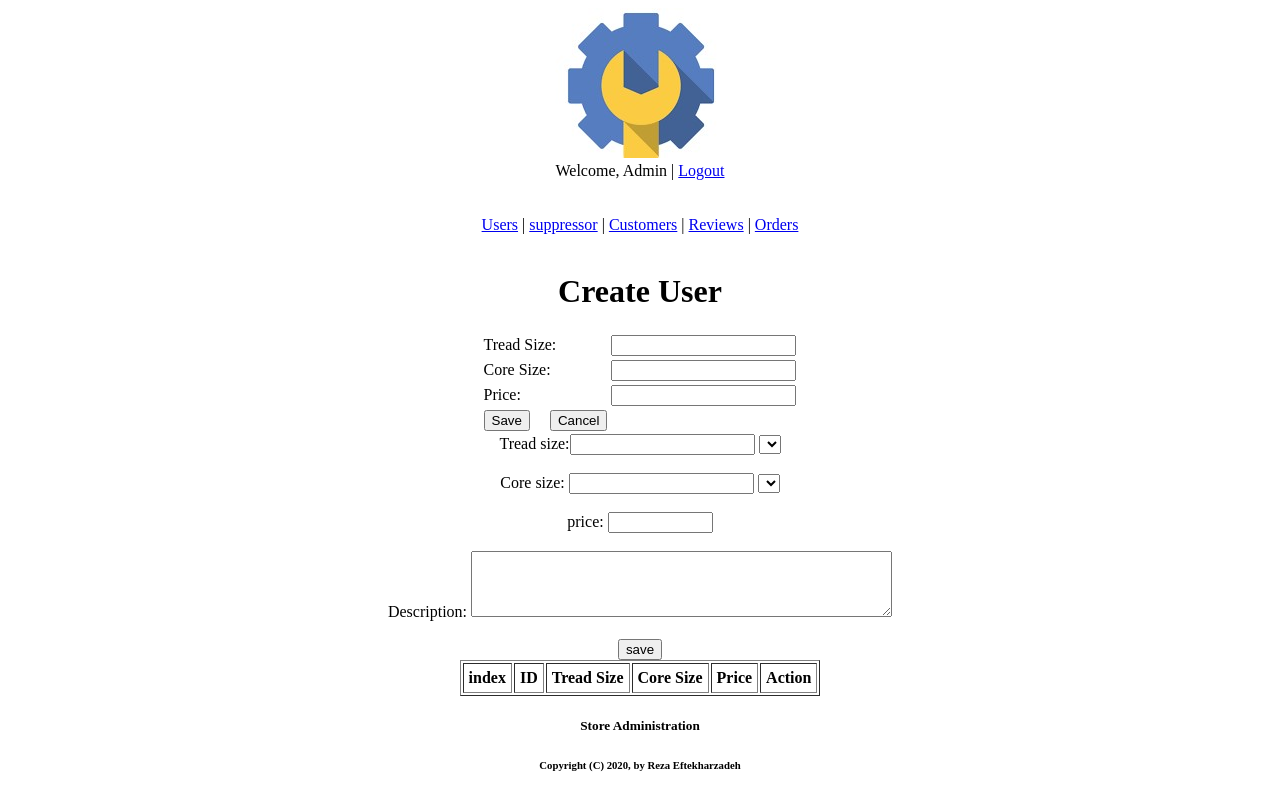
Repository: RezaEftekharzadeh/frey
Page: http://localhost/SilencerStoreProject/admin/silencer_form.jsp
An editor plug-in stored every save of this project. The page is shown before and after the next save, followed by the edit.
The browser window is 1280 px wide. The pictures show the whole page.
The page is served by Tomcat 9. Nobody is signed in. The application's start-up code is not run. The template is opened directly, without the code that normally fills it, so the values that code supplies are empty.

Above is the page before, as saved 2020-08-11 11:38:22.

After the next save:
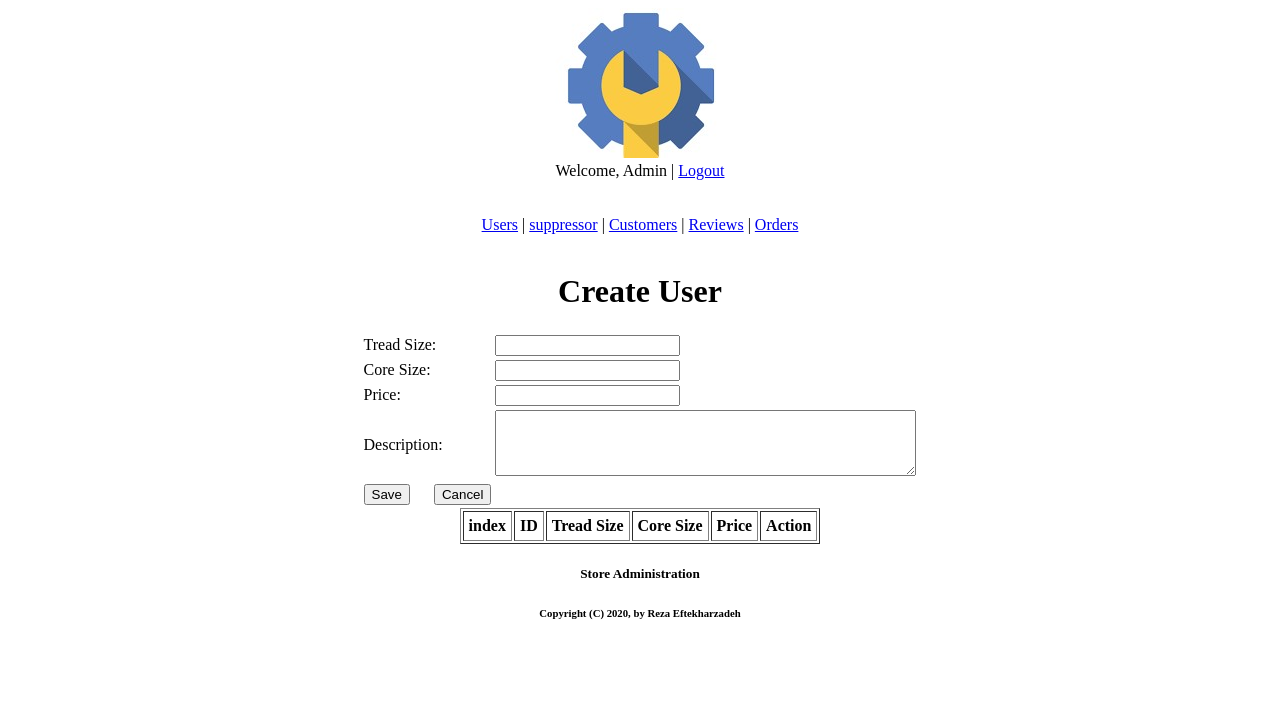
Saved 2 min 33 s later.
--- a/SilencerStoreProject/WebContent/admin/silencer_form.jsp
+++ b/SilencerStoreProject/WebContent/admin/silencer_form.jsp
@@ -52,8 +52,13 @@
     				<td><input type="text" name="price" id="price" size="20"  value= ${silencer.price }>
     			</tr>
     			<tr>
+    				<td>Description:</td>
+    				<td><textarea id="w3review" name="description" rows="4" cols="50"></textarea></td>
+    			</tr>
+    			<tr>
     				<td align="center">
-    					<button type="submit" >Save</button>&nbsp;&nbsp;&nbsp;&nbsp;
+    					<button type="submit" >Save</button>
+    					&nbsp;&nbsp;&nbsp;&nbsp;
     					<button onclick="javascript:history.go(-1);" >Cancel</button>
     				</td>
     			</tr>
@@ -63,7 +68,7 @@
     	</form>
 
     </div>
-	<div align="center" 11>
+	<!-- <div align="center" 11>
 
 
 		<form action="create_silencer" method="post">
@@ -95,7 +100,9 @@
 
 		</form>
 
-	</div>
+	</div> -->
+
+
 	<div align="center">
 		<table border="1" cellPadding="5" id="list">
 			<tr>
